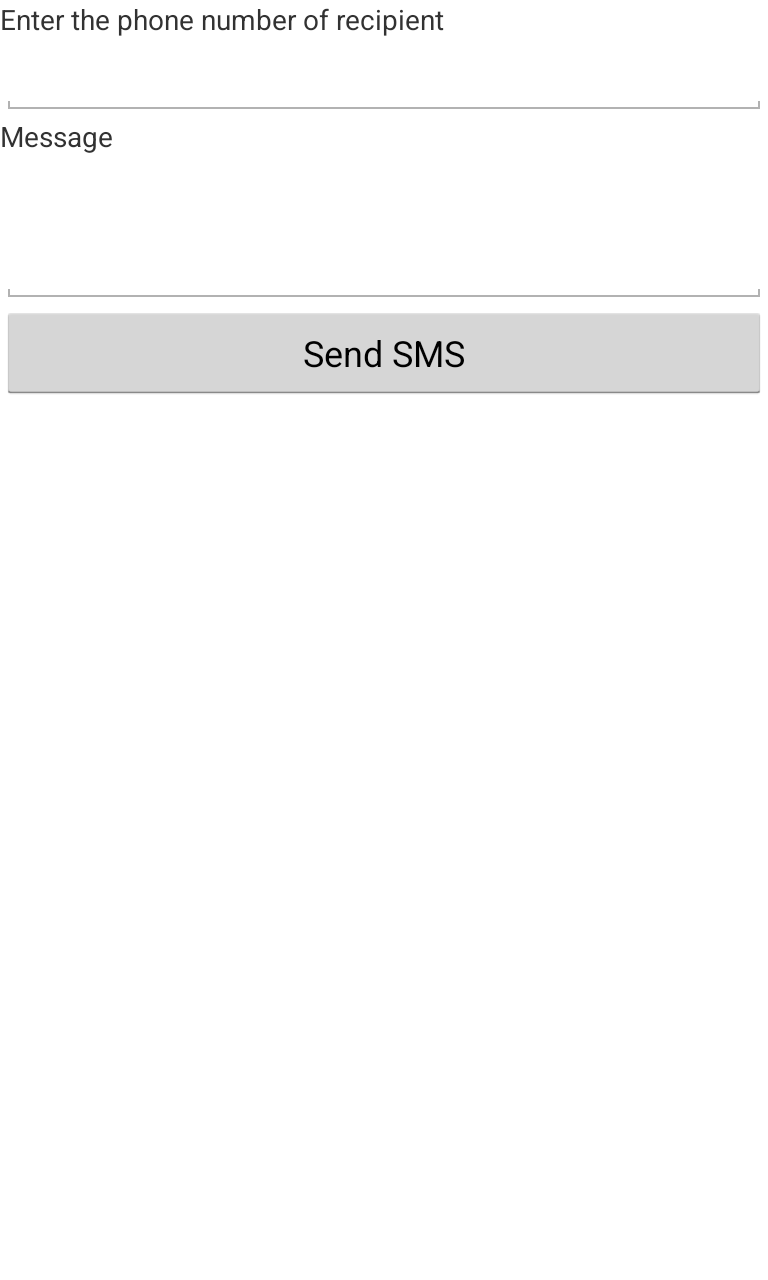
Repository: cutepig123/MyAndroidTestApps
Layout: Test7_SMS/res/layout/activity_main.xml
The author's editor kept a copy of each file at every save. The layout is drawn from the files as they stood at one save, then again after the next save.
It is drawn on a 768 x 1280 px phone screen (xhdpi) without system bars, with theme AppTheme; the app's code is not run.

Above is the layout before, as saved 2013-04-26 15:47:50.

### Test7_SMS/res/layout/activity_main.xml
<LinearLayout xmlns:android="http://schemas.android.com/apk/res/android"
    android:orientation="vertical"
    android:layout_width="fill_parent"
    android:layout_height="fill_parent"
    >
    <TextView
        android:layout_width="fill_parent"
        android:layout_height="wrap_content"
        android:text="Enter the phone number of recipient"
        />
    <EditText
        android:id="@+id/txtPhoneNo"
        android:layout_width="fill_parent"
        android:layout_height="wrap_content"
        />
    <TextView
        android:layout_width="fill_parent"
        android:layout_height="wrap_content"
        android:text="Message"
        />
    <EditText
        android:id="@+id/txtMessage"
        android:layout_width="fill_parent"
        android:layout_height="150px"
        android:gravity="top"
        />
    <Button
        android:id="@+id/btnSendSMS"
        android:layout_width="fill_parent"
        android:layout_height="wrap_content"
        android:text="Send SMS"
        />
</LinearLayout>

Loaded but not shown: Test7_SMS/res/values/styles.xml (common file); Test7_SMS/res/values-v11/styles.xml (common file); Test7_SMS/res/values-v14/styles.xml (common file)

After the next save:
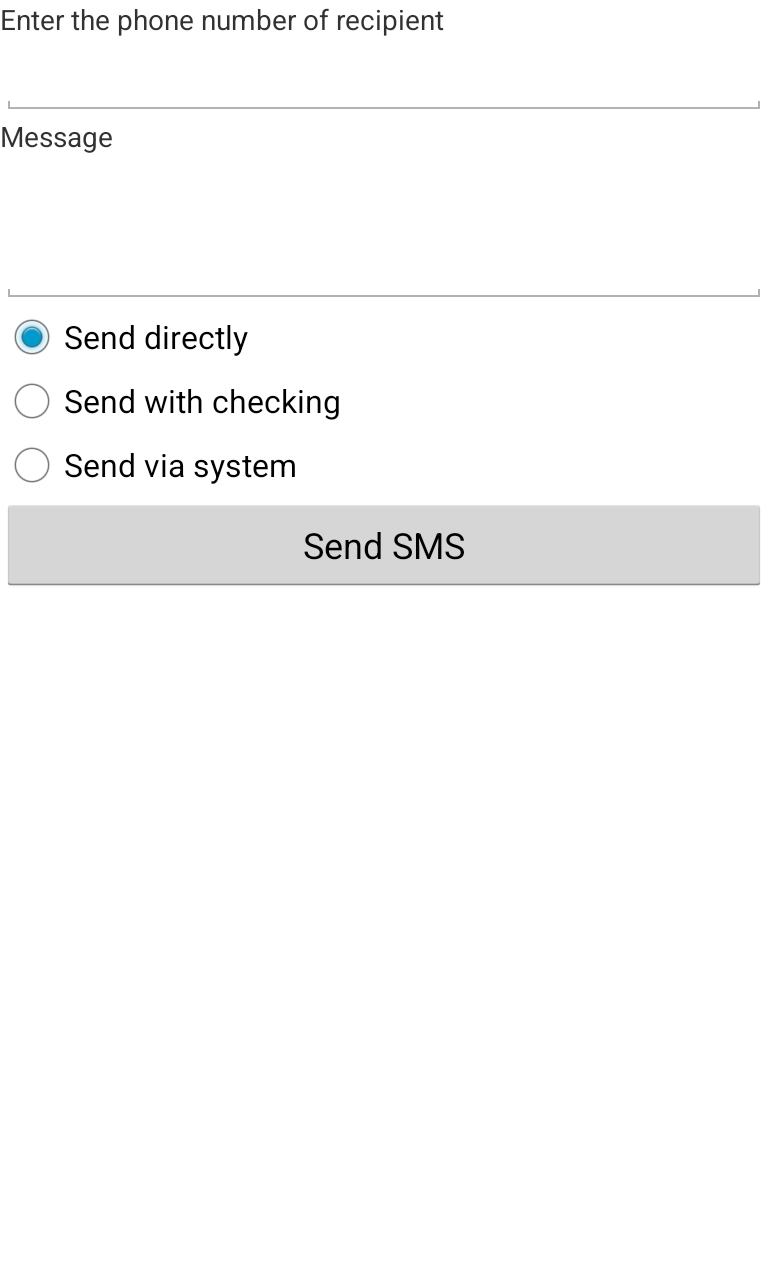
Saved 10 min 1 s later.
--- a/Test7_SMS/res/layout/activity_main.xml
+++ b/Test7_SMS/res/layout/activity_main.xml
@@ -1,33 +1,58 @@
 <LinearLayout xmlns:android="http://schemas.android.com/apk/res/android"
-    android:orientation="vertical"
     android:layout_width="fill_parent"
     android:layout_height="fill_parent"
-    >
+    android:orientation="vertical" >
+
     <TextView
         android:layout_width="fill_parent"
         android:layout_height="wrap_content"
-        android:text="Enter the phone number of recipient"
-        />
+        android:text="Enter the phone number of recipient" />
+
     <EditText
         android:id="@+id/txtPhoneNo"
         android:layout_width="fill_parent"
-        android:layout_height="wrap_content"
-        />
+        android:layout_height="wrap_content" />
+
     <TextView
         android:layout_width="fill_parent"
         android:layout_height="wrap_content"
-        android:text="Message"
-        />
+        android:text="Message" />
+
     <EditText
         android:id="@+id/txtMessage"
         android:layout_width="fill_parent"
         android:layout_height="150px"
-        android:gravity="top"
-        />
+        android:gravity="top" />
+
+    <RadioGroup
+        android:id="@+id/radioGroup1"
+        android:layout_width="fill_parent"
+        android:layout_height="wrap_content" >
+
+        <RadioButton
+            android:id="@+id/radio_sendDirectly"
+            android:layout_width="fill_parent"
+            android:layout_height="wrap_content"
+            android:checked="true"
+            android:text="Send directly" />
+
+        <RadioButton
+            android:id="@+id/radio_sendWithChk"
+            android:layout_width="fill_parent"
+            android:layout_height="wrap_content"
+            android:text="Send with checking" />
+
+        <RadioButton
+            android:id="@+id/radio_sendViaSystem"
+            android:layout_width="fill_parent"
+            android:layout_height="wrap_content"
+            android:text="Send via system" />
+    </RadioGroup>
+
     <Button
         android:id="@+id/btnSendSMS"
         android:layout_width="fill_parent"
         android:layout_height="wrap_content"
-        android:text="Send SMS"
-        />
+        android:text="Send SMS" />
+
 </LinearLayout>
